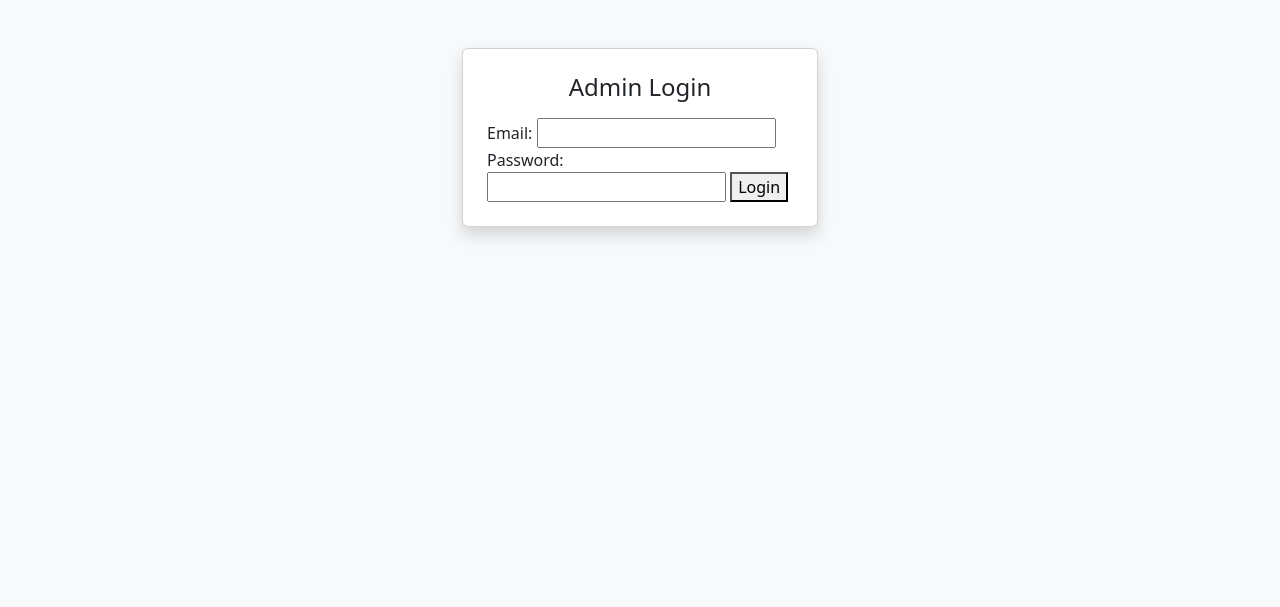
Repository: partymaker01/IT2C_Enrollment_System_SourceCode
Page: http://localhost/IT2C_Enrollment_System_SourceCode/logregfor/admin-login.php
The author's editor kept a copy of each file at every save. The page is drawn from the files as they stood at one save, then again after the next save.
The browser window is 1280 px wide. The pictures show the whole page.
The page is run by PHP 8.4 with error messages shown; the project is at /var/www/html/.

Above is the page before, as saved 2025-06-01 05:36:51.

### logregfor/admin-login.php
<!-- admin acccount

email:    admin@example.com
password: admin123 -->

<?php
session_start();
if (isset($_SESSION['admin_logged_in']) && $_SESSION['admin_logged_in'] === true) {
    header("Location: ../ADMIN/admin-dashboard.php");
    exit();
}
?>

<!DOCTYPE html>
<html>
<head>
    <title>Admin Login</title>
    <link href="https://cdn.jsdelivr.net/npm/bootstrap@5.3.2/dist/css/bootstrap.min.css" rel="stylesheet">
</head>
<body class="bg-light">
    <div class="container mt-5">
        <div class="row justify-content-center">
            <div class="col-md-4">
                <div class="card shadow p-4">
                    <h4 class="text-center mb-3">Admin Login</h4>
                    <form method="POST" action="admin-process-login.php">
                    <label>Email:</label>
                    <input type="email" name="email" required>
                    <label>Password:</label>
                    <input type="password" name="password" required>
                    <button type="submit">Login</button>
                </form>
                </div>
            </div>
        </div>
    </div>
</body>
</html>

After the next save:
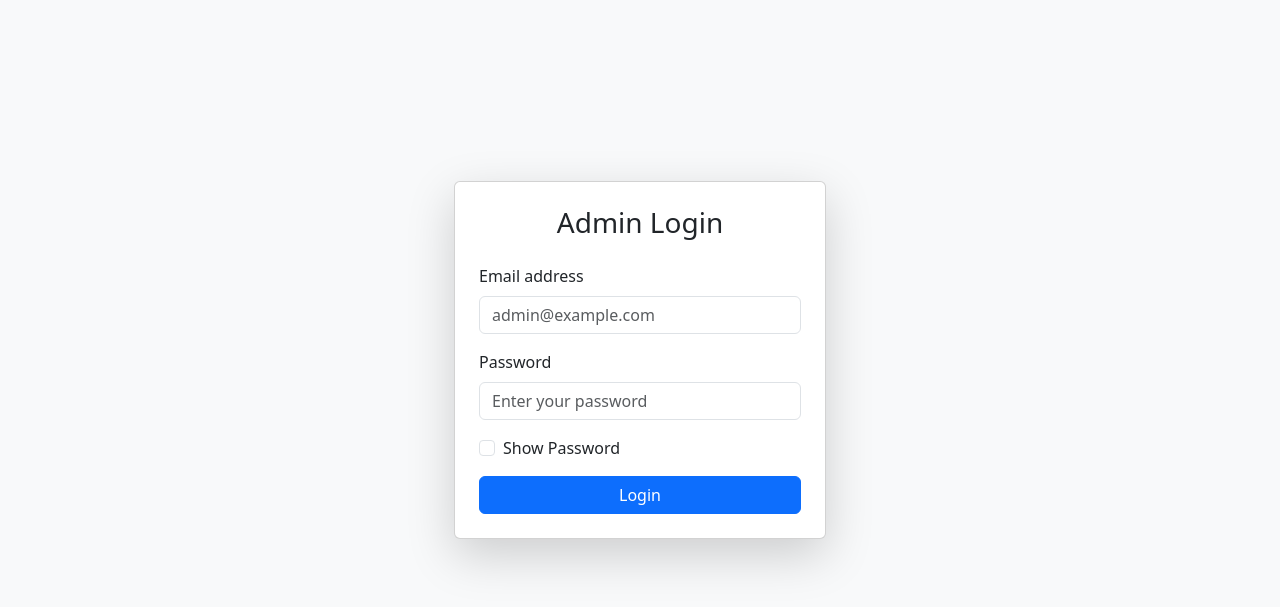
Saved 9 min 22 s later.
--- a/logregfor/admin-login.php
+++ b/logregfor/admin-login.php
@@ -1,8 +1,3 @@
-<!-- admin acccount
-
-email:    admin@example.com
-password: admin123 -->
-
 <?php
 session_start();
 if (isset($_SESSION['admin_logged_in']) && $_SESSION['admin_logged_in'] === true) {
@@ -12,27 +7,63 @@ if (isset($_SESSION['admin_logged_in']) && $_SESSION['admin_logged_in'] === true
 ?>
 
 <!DOCTYPE html>
-<html>
+<html lang="en">
 <head>
+    <meta charset="UTF-8">
     <title>Admin Login</title>
+    <meta name="viewport" content="width=device-width, initial-scale=1">
+    <!-- Bootstrap CSS -->
     <link href="https://cdn.jsdelivr.net/npm/bootstrap@5.3.2/dist/css/bootstrap.min.css" rel="stylesheet">
+    <!-- SweetAlert2 -->
+    <script src="https://cdn.jsdelivr.net/npm/sweetalert2@11"></script>
 </head>
 <body class="bg-light">
-    <div class="container mt-5">
-        <div class="row justify-content-center">
-            <div class="col-md-4">
-                <div class="card shadow p-4">
-                    <h4 class="text-center mb-3">Admin Login</h4>
-                    <form method="POST" action="admin-process-login.php">
-                    <label>Email:</label>
-                    <input type="email" name="email" required>
-                    <label>Password:</label>
-                    <input type="password" name="password" required>
-                    <button type="submit">Login</button>
+    <div class="container d-flex align-items-center justify-content-center" style="min-height: 100vh;">
+        <div class="col-md-5 col-lg-4">
+            <div class="card shadow-lg p-4">
+                <h3 class="text-center mb-4">Admin Login</h3>
+                <form method="POST" action="admin-process-login.php">
+                    <div class="mb-3">
+                        <label for="email" class="form-label">Email address</label>
+                        <input type="email" name="email" id="email" class="form-control" placeholder="admin@example.com" required>
+                    </div>
+                    <div class="mb-3">
+                        <label for="password" class="form-label">Password</label>
+                        <input type="password" name="password" id="password" class="form-control" placeholder="Enter your password" required>
+                    </div>
+                    <div class="mb-3 form-check">
+                        <input type="checkbox" class="form-check-input" id="showPassword" onclick="togglePassword()">
+                        <label class="form-check-label" for="showPassword">Show Password</label>
+                    </div>
+                    <div class="d-grid">
+                        <button type="submit" class="btn btn-primary">Login</button>
+                    </div>
                 </form>
-                </div>
             </div>
         </div>
     </div>
+
+    <!-- Password Toggle Script -->
+    <script>
+        function togglePassword() {
+            const password = document.getElementById("password");
+            password.type = password.type === "password" ? "text" : "password";
+        }
+    </script>
+
+    <!-- SweetAlert Error Handler -->
+    <?php if (isset($_GET['error'])): ?>
+        <script>
+            Swal.fire({
+                icon: 'error',
+                title: 'Login Failed',
+                text: 'Invalid email or password.',
+                confirmButtonColor: '#3085d6'
+            });
+        </script>
+    <?php endif; ?>
+
+    <!-- Bootstrap JS -->
+    <script src="https://cdn.jsdelivr.net/npm/bootstrap@5.3.2/dist/js/bootstrap.bundle.min.js"></script>
 </body>
 </html>
